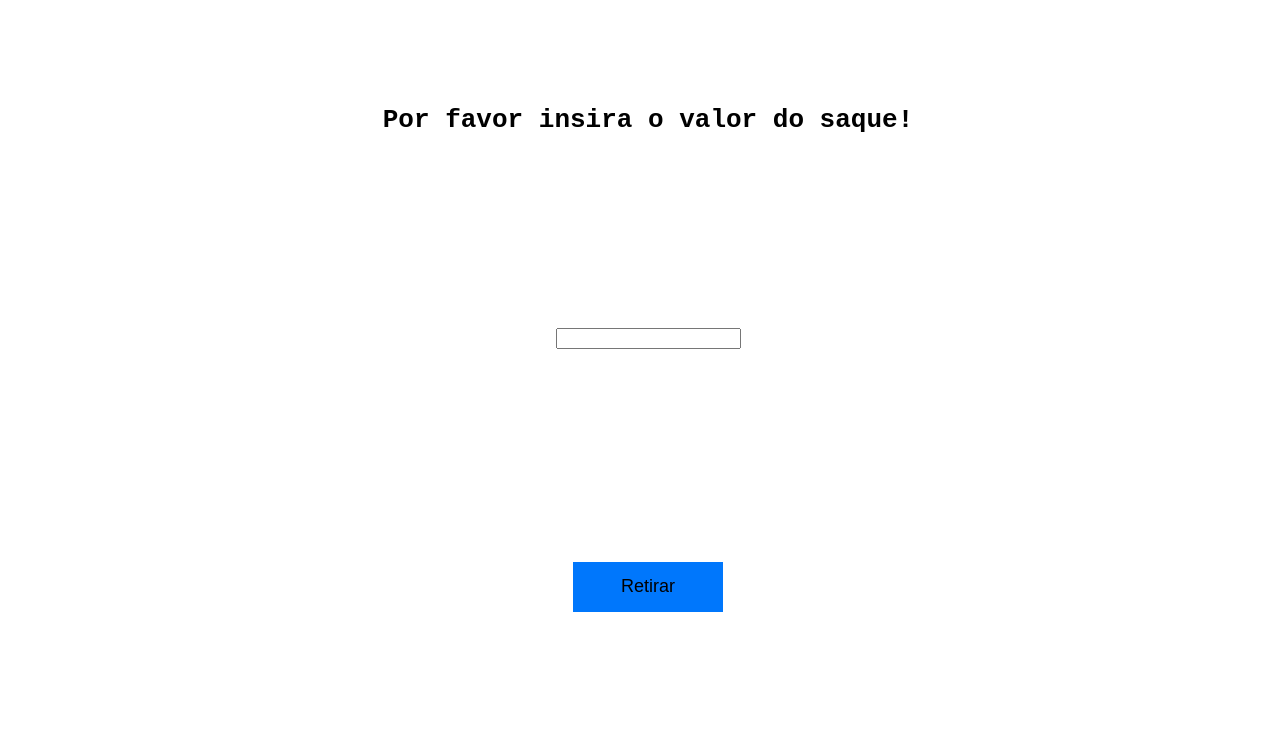
Repository: tkosudi/test-evlos
Page: index.html
These files come from the project's save history. The page is drawn as it stood at one moment and after a run of saves; the edit follows.
The browser window is 1280 px wide. The page is 1288 px wide, so the pictures cover 1288 px, including what lies to the right of the window. The pictures show the whole page.

Above is the page before, as saved 2021-09-03 11:38:46.

### index.html
<!DOCTYPE html>
<html lang="en">
  <head>
    <meta charset="UTF-8" />
    <meta http-equiv="X-UA-Compatible" content="IE=edge" />
    <meta name="viewport" content="width=device-width, initial-scale=1.0" />
    <link rel="stylesheet" href="styles.css" />
    <title>Document</title>
  </head>
  <body>
    <button id="withdraw_button">Retirar</button>
    <input type="number" id="inputData" />

    <div id="count_withdraw"></div>
  </body>
  <script src="./withdraw.js"></script>
</html>

### styles.css
body {
  height: 100vh;
  width: 100vw;
  display: flex;
  align-items: center;
  justify-content: space-around;
  flex-direction: column-reverse;
  font-family: monospace;
}

button {
  margin: 20px 0;
  width: 150px;
  height: 50px;
  font-size: large;
  background: #0077fc;
  border: none;
}

span {
  font-weight: bold;
  font-size: 26px;
  color: black;
}

input {
    width: ;
}

### withdraw.js
const bills = {
  100: 1,
  50: 3,
  20: 4,
  10: 1,
  5: 3,
  2: 12,
  1: 10,
};

let responseWithdrawBills = {
  100: 0,
  50: 0,
  20: 0,
  10: 0,
  5: 0,
  2: 0,
  1: 0,
};

const billsArray = Object.keys(bills)
  .reverse()
  .map((item) => parseInt(item));

let costumerBalance = 122.5;

const withdraw = (
  valorSaque,
  inputValue,
  withdrawBills = responseWithdrawBills
) => {
  if (inputValue <= 1) {
    return "Valor inválido! Saques à partir de R$1,00.";
  }

  if (valorSaque > costumerBalance) {
    return "Você não possui saldo para sacar este valor!";
  }

  if (valorSaque === 0) {
    const billValues = Object.keys(withdrawBills).filter((key) => {
      return withdrawBills[key] > 0;
    });

    let response = "Entregar ";
    for (let i = 0; i < billValues.length; i++) {
      response += `${withdrawBills[billValues[i]]} nota de R$${
        billValues[i]
      },00, `;
    }

    let res = response.slice(0, -2) + ".";

    for (let i = 0; i < billsArray.length; i++) {
      if (responseWithdrawBills[billsArray[i]] > 0) {
        responseWithdrawBills[billsArray[i]] = 0;
      }
    }
    return res;
  }

  for (let i = 0; i < billsArray.length; i++) {
    if (bills[billsArray[i]] > 0 && valorSaque >= billsArray[i]) {
      valorSaque -= billsArray[i];
      withdrawBills[billsArray[i]]++;
      costumerBalance -= billsArray[i];
      bills[billsArray[i]]--;
      return withdraw(valorSaque, withdrawBills);
    }
  }
};
// module.exports.withdraw = withdraw;
let response = document.getElementById("count_withdraw");
const span = document.createElement("span");
span.textContent = "Por favor insira o valor do saque!";
response.appendChild(span);

document.getElementById("withdraw_button").onclick = () => {
  document.getElementById("count_withdraw").innerHTML = "";
  let withdrawInputData = document.getElementById("inputData").value;
  span.textContent = withdraw(withdrawInputData, withdrawInputData);
  response.appendChild(span);
};

After the next 8 saves:
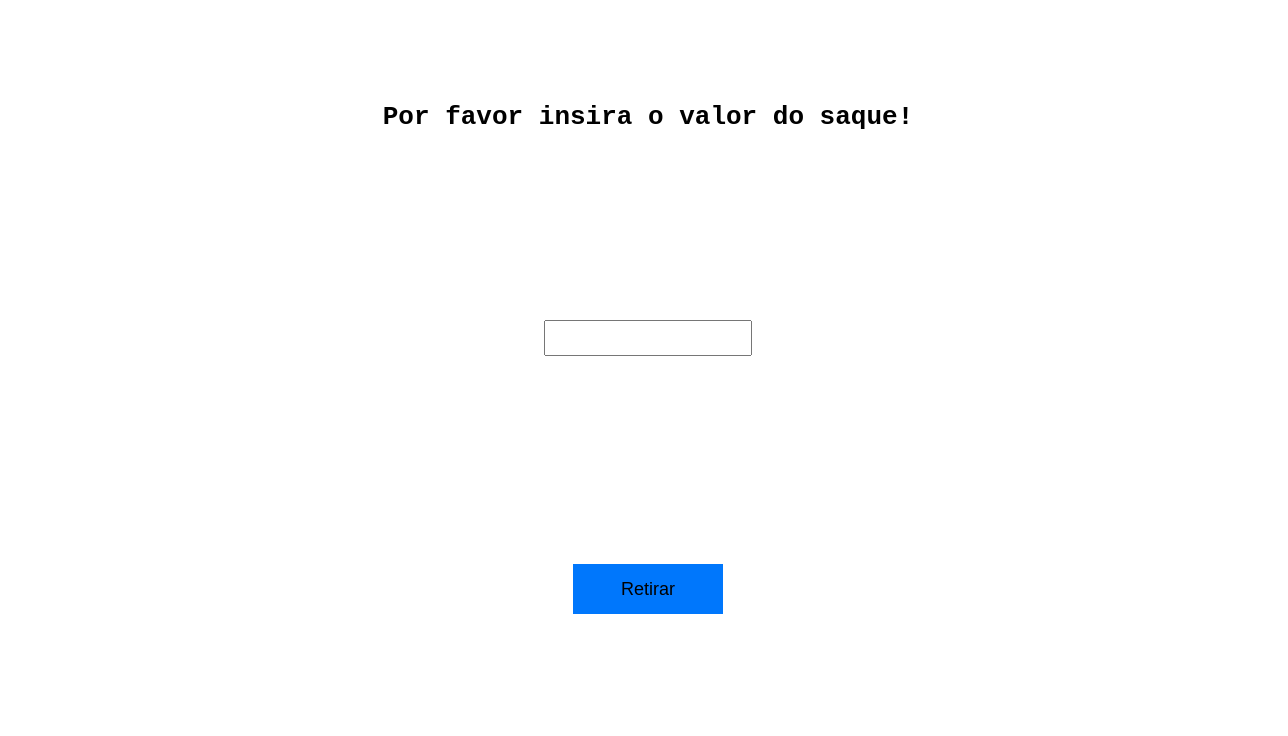
The 8 saves are shown as one change because they came seconds apart.
The last was saved 21 s later.
--- a/styles.css
+++ b/styles.css
@@ -24,5 +24,6 @@ span {
 }
 
 input {
-    width: ;
+    width: 200px;
+    height: 30px;
 }
